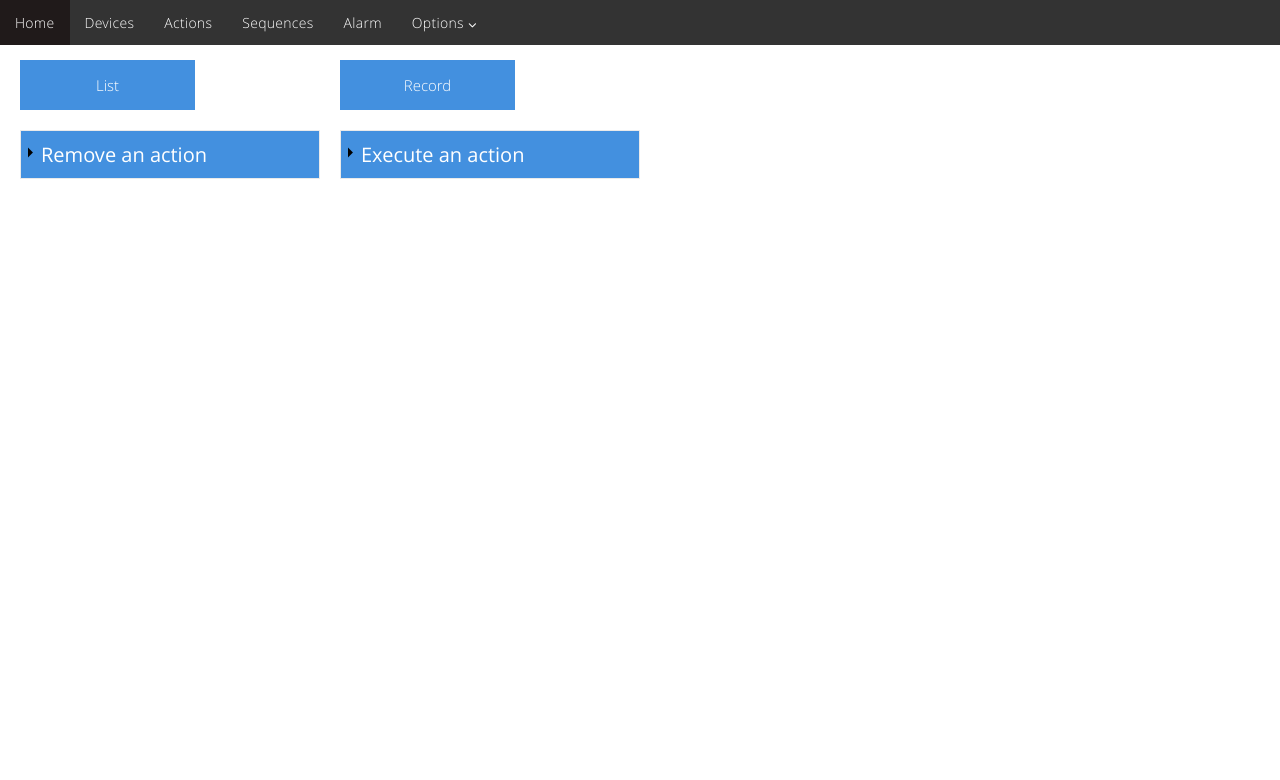
Repository: Pietvergiet/RPiProject
Page: http://localhost/RPi/Action.jsp
An editor plug-in stored every save of this project. The page is shown before and after the next save, followed by the edit.
The browser window is 1280 px wide. The pictures show the whole page.
The page is served by Tomcat 9. Nobody is signed in. The application's start-up code is not run.

Above is the page before, as saved 2014-10-28 12:39:08.

After the next save:
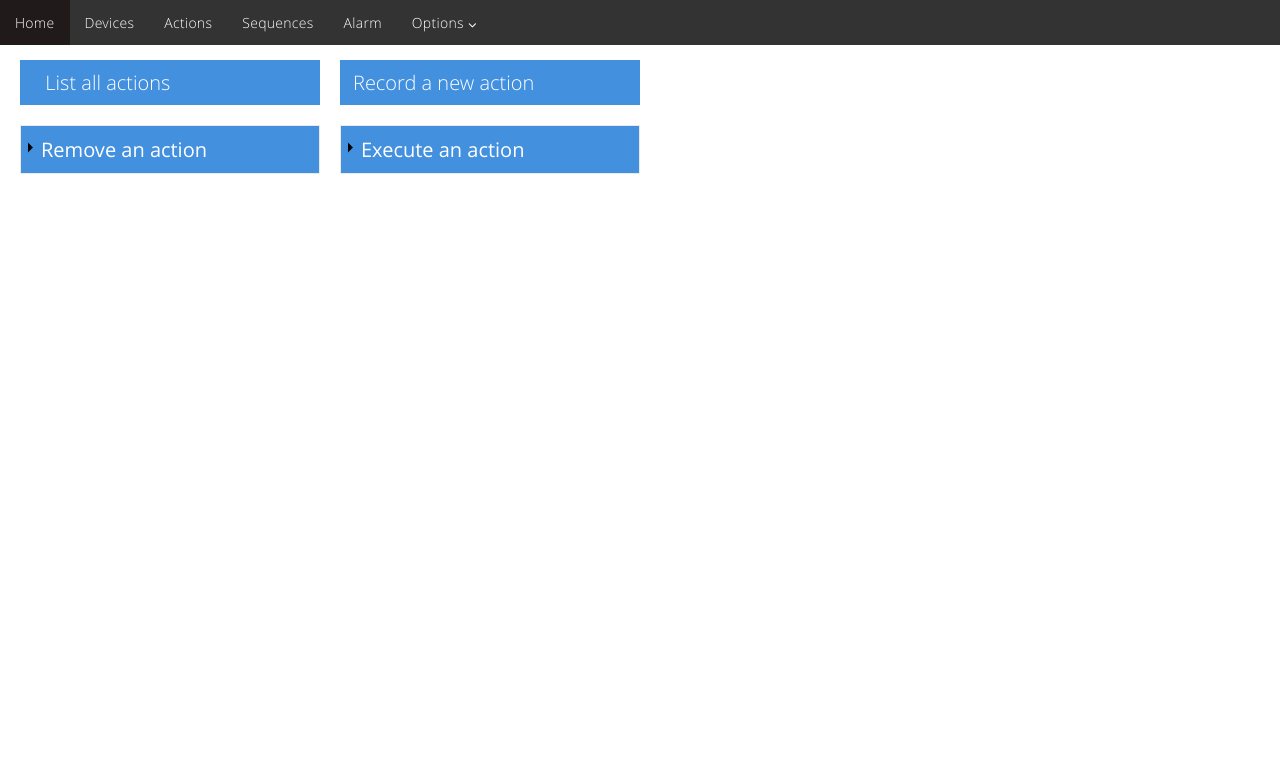
Saved 81 s later.
--- a/RPi/src/main/webapp/Action.jsp
+++ b/RPi/src/main/webapp/Action.jsp
@@ -42,8 +42,8 @@
 
 		<form method="post" action="doAction">
 			<div class="row" >
-				<div class="span4"><input name="button" class="bg-lightBlue bg-hover-darkBlue fg-white" type="submit" value="List" style="font-size:15px; height:50px; width:175px;"></div>
-				<div class="span4"><input name="button" class="bg-lightBlue bg-hover-darkBlue fg-white" type="submit" value="Record" style="font-size:15px; height:50px; width:175px;"></div>
+				<div class="span4"><input name="button" class="bg-lightBlue bg-hover-darkBlue fg-white" type="submit" value="List all actions			" style="font-size:20px; height:45px; width:300px;"></div>
+				<div class="span4"><input name="button" class="bg-lightBlue bg-hover-darkBlue fg-white" type="submit" value="Record a new action			" style="font-size:20px; height:45px; width:300px;"></div>
 			</div>
 			<div class="row">
 				<div class="accordion with-marker span4 place-left" data-role="accordion" data-closeany="false">
